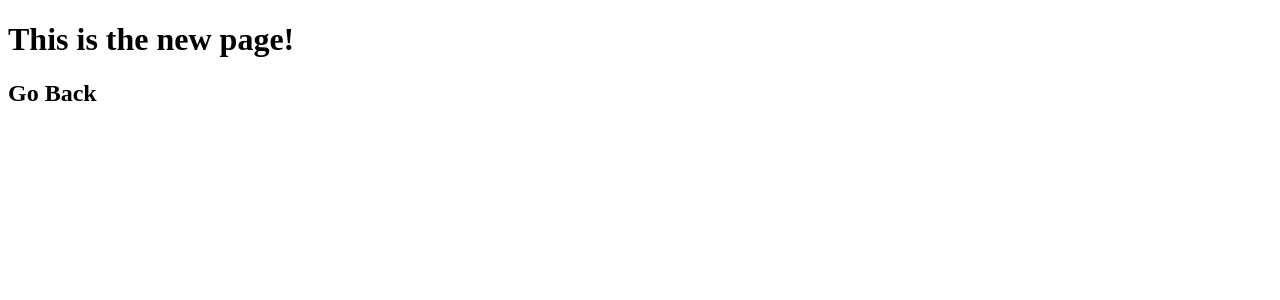
Repository: rileymeye1/ZTM
Page: newpage.html
The author's editor kept a copy of each file at every save. The page is drawn from the files as they stood at one save, then again after the next save.
The browser window is 1280 px wide. The pictures show the whole page.

Above is the page before, as saved 2024-08-17 21:31:40.

After the next save:
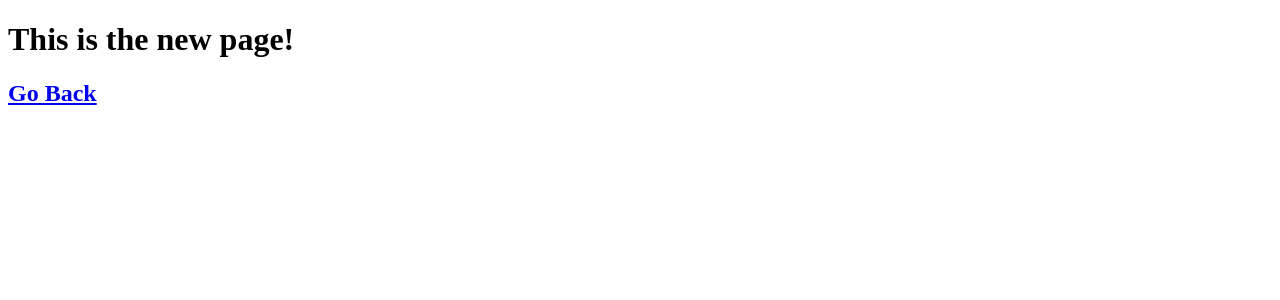
Saved 25 s later.
--- a/newpage.html
+++ b/newpage.html
@@ -7,7 +7,8 @@
   </head>
   <body>
     <h1>This is the new page!</h1>
-    <h2>Go Back</h2>
-
+    <a href="index.html">
+      <h2>Go Back</h2>
+    </a>
   </body>
 </html>
